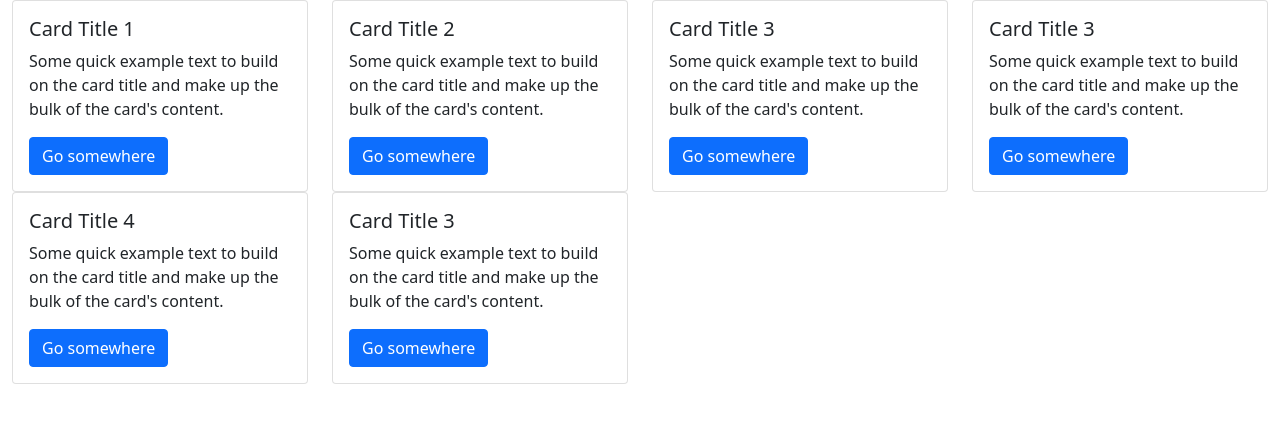
Repository: Dayvid0/BOOTSTRAP-TUTORIALS
Page: BOOTSTRAP-GRID-LAYOUTS/layouts.html
The author's editor kept a copy of each file at every save. The page is drawn from the files as they stood at one save, then again after the next save.
The browser window is 1280 px wide. The pictures show the whole page.

Above is the page before, as saved 2025-01-24 15:05:42.

After the next save:
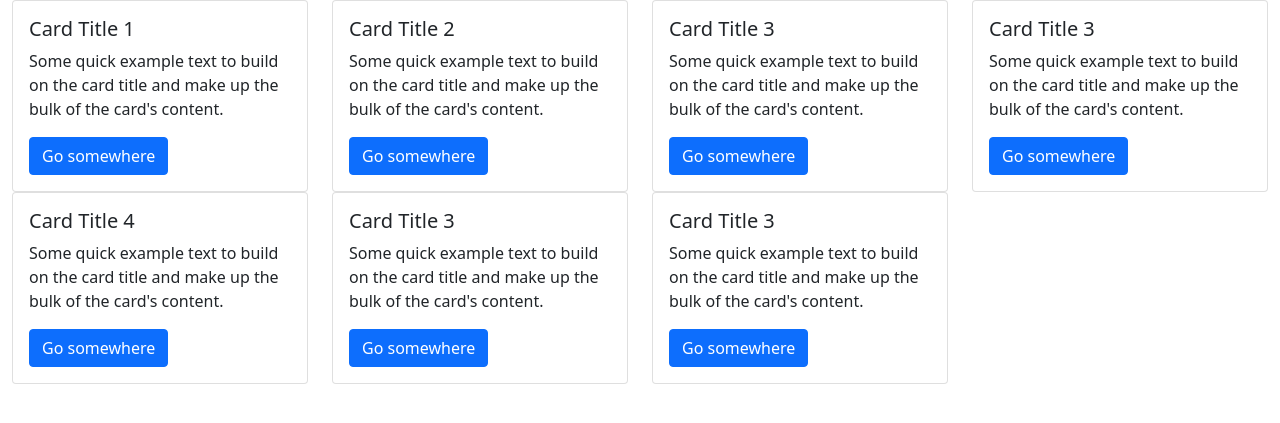
Saved 22 s later.
--- a/BOOTSTRAP-GRID-LAYOUTS/layouts.html
+++ b/BOOTSTRAP-GRID-LAYOUTS/layouts.html
@@ -71,6 +71,16 @@
             </div>
           </div>
         </div>
+        <!-- Card 7 -->
+        <div class="col-md-3">
+          <div class="card" style="width: 100%;">
+            <div class="card-body">
+              <h5 class="card-title">Card Title 3</h5>
+              <p class="card-text">Some quick example text to build on the card title and make up the bulk of the card's content.</p>
+              <a href="#" class="btn btn-primary">Go somewhere</a>
+            </div>
+          </div>
+        </div>
       </div>
     </div>
     <script src="https://cdn.jsdelivr.net/npm/bootstrap@5.0.2/dist/js/bootstrap.bundle.min.js" integrity="sha384-MrcW6ZMFYlzcLA8Nl+NtUVF0sA7MsXsP1UyJoMp4YLEuNSfAP+JcXn/tWtIaxVXM" crossorigin="anonymous"></script>
